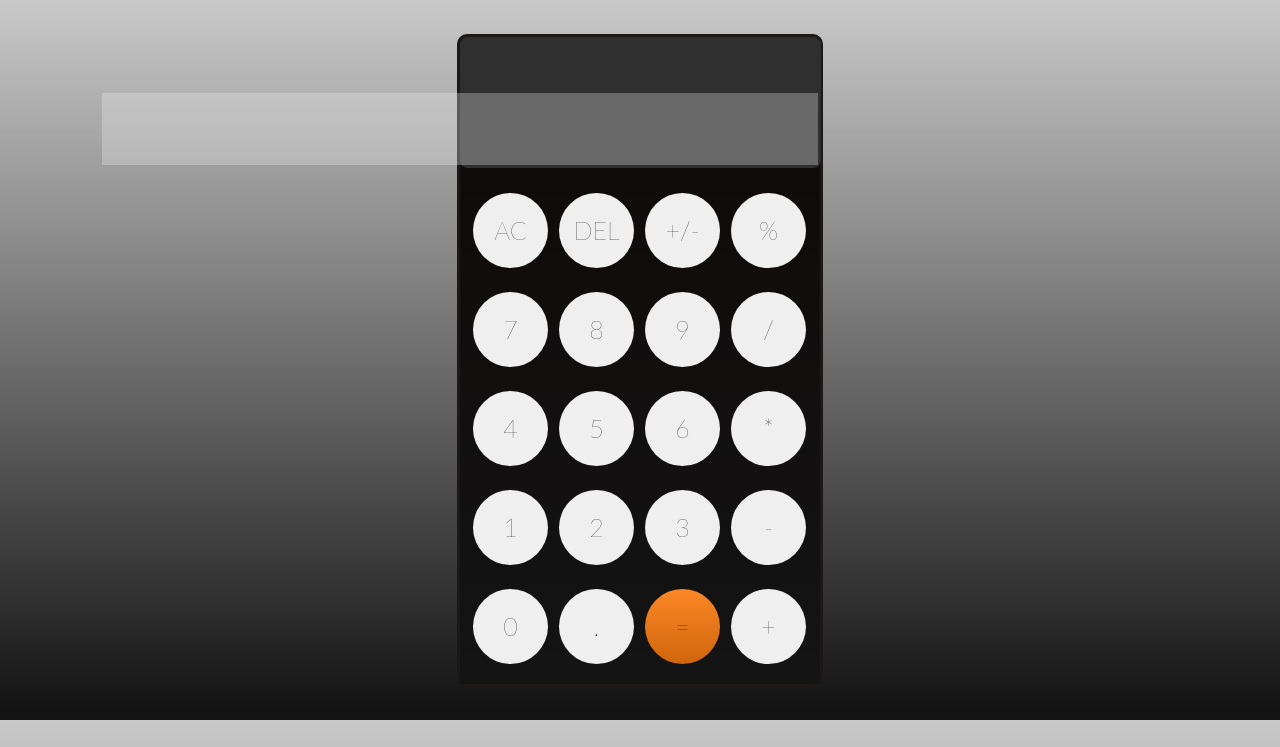
Repository: MhlengiNgubane/BrainnestJsTwo
Page: index.html
The author's editor kept a copy of each file at every save. The page is drawn from the files as they stood at one save, then again after the next save.
The browser window is 1280 px wide. The pictures show the whole page.

Above is the page before, as saved 2022-09-12 09:29:46.

After the next save:
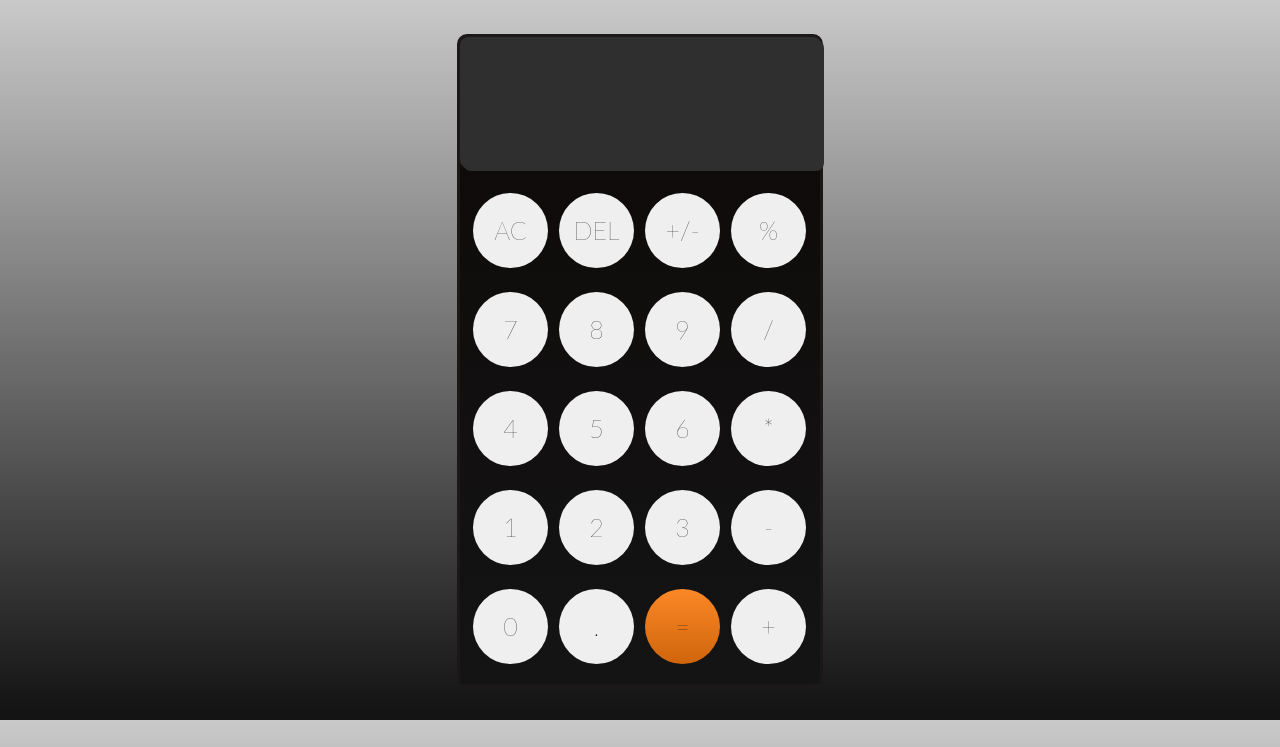
Saved 66 s later.
--- a/style.css
+++ b/style.css
@@ -44,10 +44,14 @@ body{
 }
 
 .input {
-    position: absolute;
-    bottom:0;
-    right:0;
-    font-size: 60px;
+    position: relative;
+    width: 355px;
+    height: 125px;
+    border: 3px solid #2f2f2f;
+    text-align: right;
+    border-radius: 8px;
+    background-color: #2f2f2f;
+    color: #fff;
 }
 
 .buttons{
